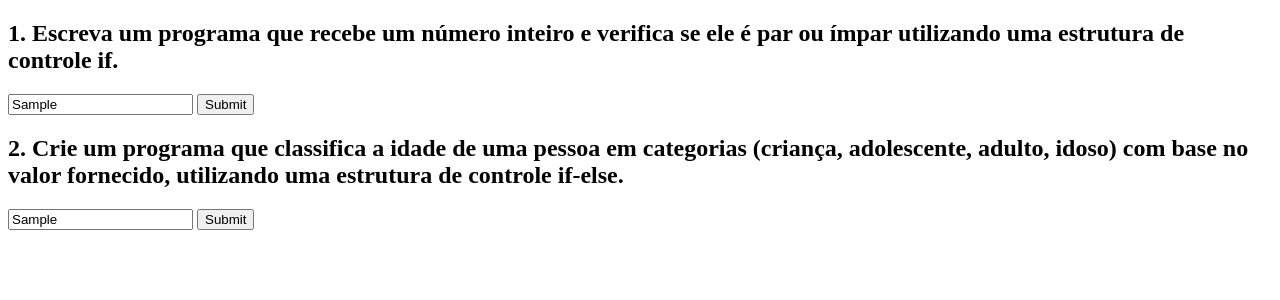
Repository: chidekina/prati-logica
Page: index.html
An editor plug-in stored every save of this project. The page is shown before and after a run of saves, followed by the edit.
The browser window is 1280 px wide. The pictures show the whole page.
Empty fields were first filled with sample values (such as "Sample", 5 or name@example.com).
After loading, the first visible `input[onclick="parOuImpar()"]` was clicked once.

Above is the page before, as saved 2025-04-29 13:55:04.

After the next 2 saves:
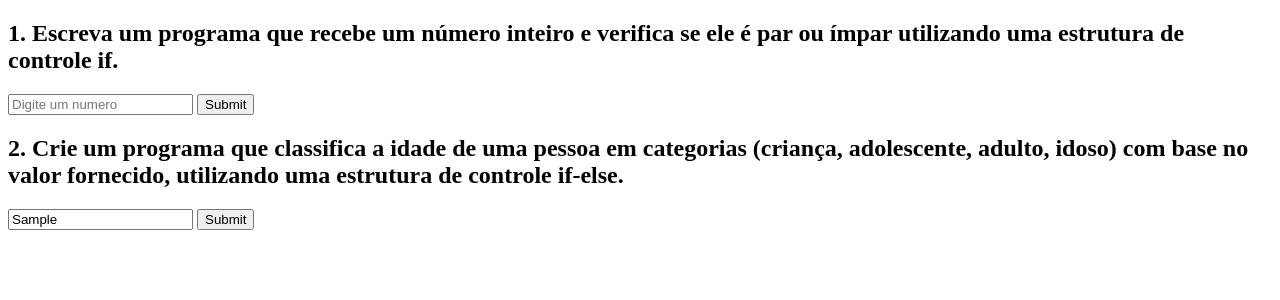
The 2 saves are shown as one change because they came seconds apart.
The last was saved 11 s later.
--- a/app.js
+++ b/app.js
@@ -11,6 +11,7 @@ function parOuImpar() {
     answer1.innerHTML = `O número ${task1} é ímpar`;
   }
 
+  task1.value = '';
 }
 
 function classificacaoEtaria() {
